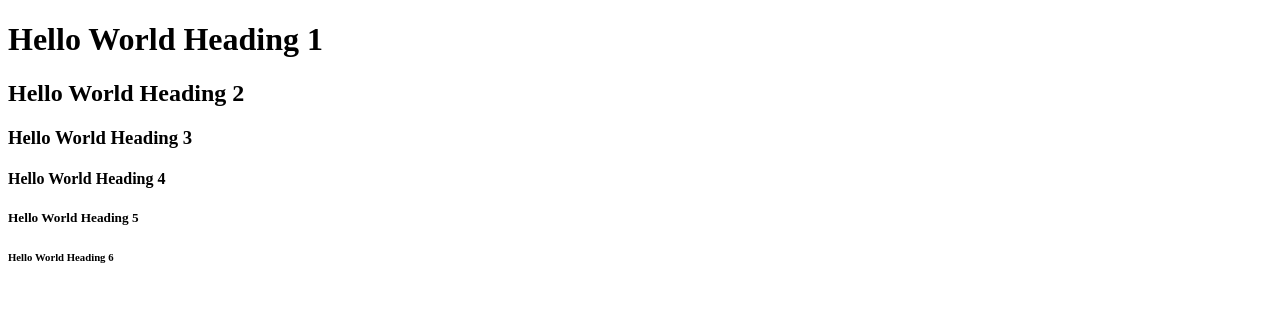
Repository: Gibekkk/WebPro
Page: Tugas HTML 1/index.html
The author's editor kept a copy of each file at every save. The page is drawn from the files as they stood at one save, then again after the next save.
The browser window is 1280 px wide. The pictures show the whole page.

Above is the page before, as saved 2024-03-25 09:25:54.

After the next save:
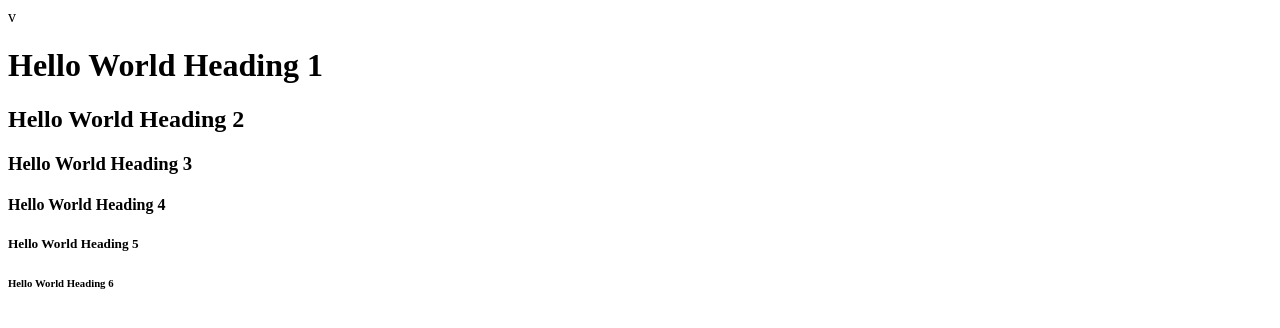
Saved 4 min 14 s later.
--- a/Tugas HTML 1/index.html
+++ b/Tugas HTML 1/index.html
@@ -7,7 +7,7 @@
     <title>Document</title>
 </head>
 
-<body>
+<body>v
     <h1>Hello World Heading 1</h1>
     <h2>Hello World Heading 2</h2>
     <h3>Hello World Heading 3</h3>

After the save that followed:
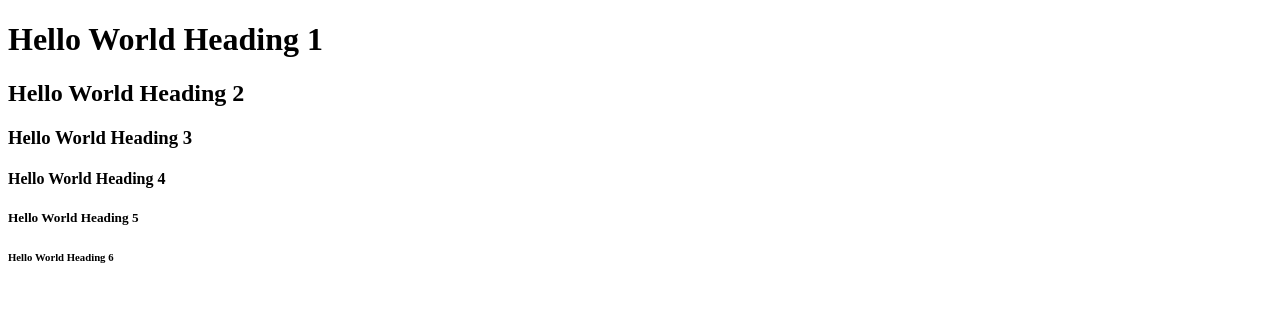
Saved 16 s later.
--- a/Tugas HTML 1/index.html
+++ b/Tugas HTML 1/index.html
@@ -7,7 +7,7 @@
     <title>Document</title>
 </head>
 
-<body>v
+<body>
     <h1>Hello World Heading 1</h1>
     <h2>Hello World Heading 2</h2>
     <h3>Hello World Heading 3</h3>
